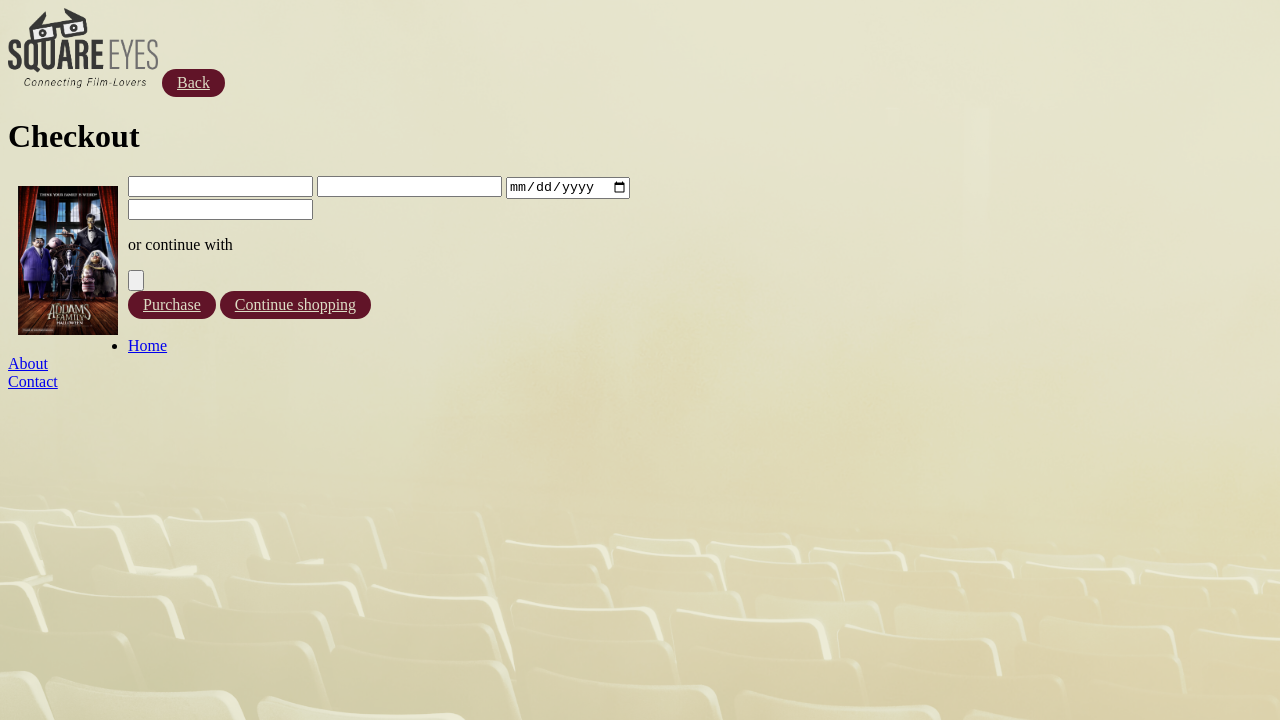
Repository: Noroff-FEU-Assignments/cross-course-project-Bekkholt
Page: checkout.html
An editor plug-in stored every save of this project. The page is shown before and after the next save, followed by the edit.
The browser window is 1280 px wide. The pictures show the whole page.

Above is the page before, as saved 2022-10-31 11:38:04.

### checkout.html
<!DOCTYPE html>
<html>
  <head>
    <title>Square Eyes | Checkout</title>
    <meta name="description" content="Square Eyes - Connecting film lovers." />
    <meta name="viewport" content="width=device-width, initial-scale=1" />
    <link href="css/index.css" rel="stylesheet">
  </head>
  <body>
    <header>
      <section>
      <a href="index.html"><img class="logo" src="images/SquareEyes_Logo.png" alt="Square Eyes logo"></a>
      <a href="index.html" class="cta">Back</a>
      </section>
    </header>
    <main>
    <h1>Checkout</h1>
    <a href="product-specific.html"><img class="addams" src="images/Square_Eyes_Cover6.jpeg" alt="The Addams Family - Halloween"></a>
    <form action="submit.php" method="post">
    <input type="text" name="fullname" />
    <input type="number" name="cardnumber" />
    <input type="date" name="experydate" />
    <input type="number" name="CCV" />
    <p>or continue with</p>
    <input type="button" name="paypal" />
    </form>
    <a href="checkout-success.html" class="cta">Purchase</a>
    <a href="product-list.html" class="cta">Continue shopping</a>
  </main>
  <footer>
    <nav>
      <ul>
        <li><a href="index.html">Home</a></li>
        <li><a href="about.html">About</a></li>
        <li><a href="contact.html">Contact</a></li>
      </ul>
    </nav>
  </footer>
  </body>
</html>

### css/index.css
html {
    background: url(../images/alex-avalos-dnUNjIUCg5c-unsplash.jpg);
    background-size: cover;
    background-repeat: no-repeat;
    background-blend-mode:soft-light;
    background-color: #ddddc5;
    min-height: 100%;
    display: flex;
}

ul {
    display: inline;
    flex-direction: row;
}

.hobbs, .godzilla, .batman,
.toy-story, .addams, .sweetheart, .hollywood, .scream, .director_photo {
    max-width: 100px;
    float: left;
    margin: 10px;
    flex-direction: row;
}

.halloween, .girls {
    border-radius: 30px;
    float: left;
    margin: 40px;
    max-width: 200px;
}

.cta {
    background-color: #611428;
    color: #ddddc5;
    padding: 5px 15px 5px 15px;
    border-radius: 50px;
    position: relative;
    display: inline-block;
}

.logo {
    max-width: 150px;
}

After the next save:
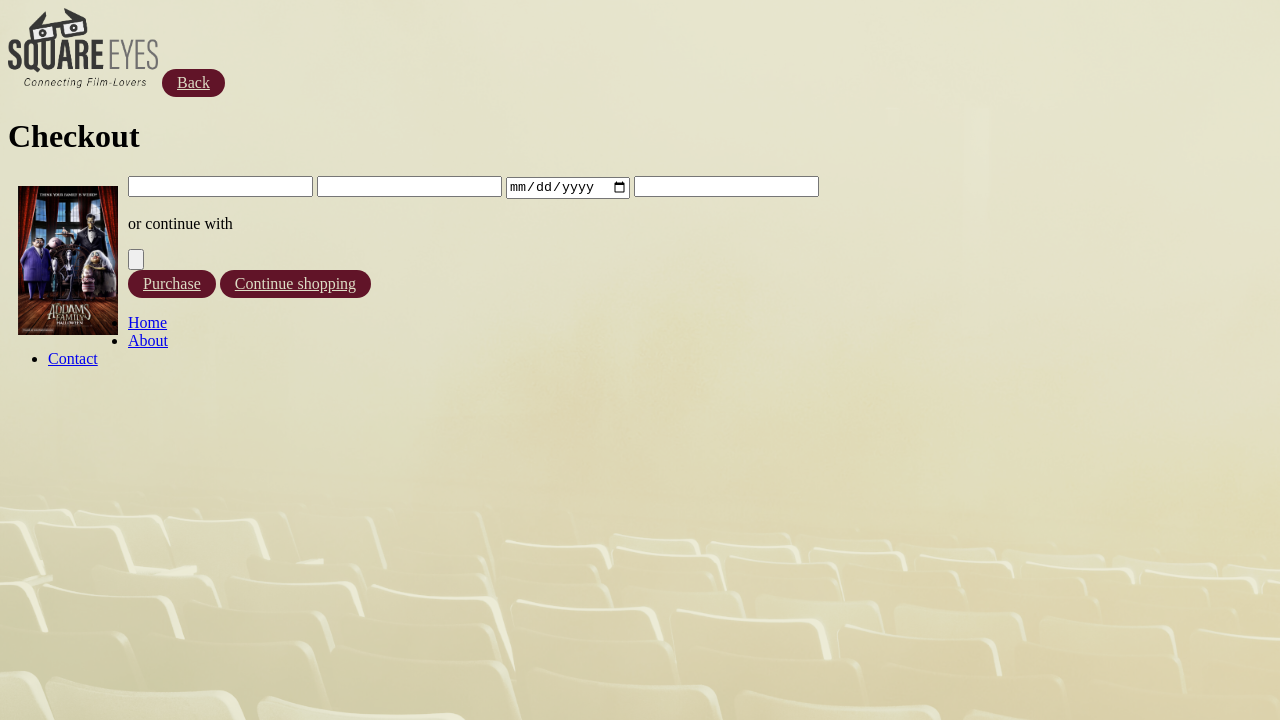
Saved 12 s later.
--- a/css/index.css
+++ b/css/index.css
@@ -5,12 +5,10 @@
     background-blend-mode:soft-light;
     background-color: #ddddc5;
     min-height: 100%;
-    display: flex;
 }
 
 ul {
-    display: inline;
-    flex-direction: row;
+
 }
 
 .hobbs, .godzilla, .batman,
